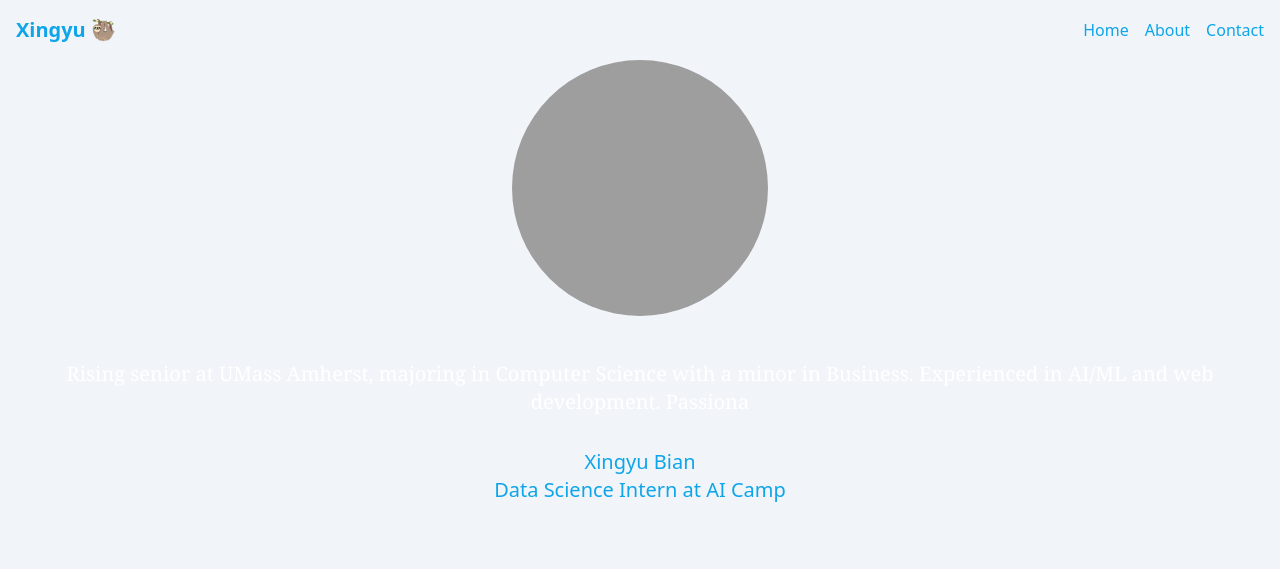
Repository: therealcyberlord/personal-portfolio
Page: /
An editor plug-in stored every save of this project. The page is shown before and after the next save, followed by the edit.
The browser window is 1280 px wide. The pictures show the whole page.
Pictures or frames that could not be fetched are drawn as grey boxes. The project was rebuilt for these pictures with package versions that can differ from the ones it lists, and the page was loaded fresh each time. Also part of the build but not shown: vite.config.ts, src/pages/About.tsx, src/pages/Contact.tsx.

Above is the page before, as saved 2023-07-23 13:38:31.

### src/App.tsx
import { BrowserRouter as Router, Routes, Route } from "react-router-dom";
import Home from "./pages/Home";
import About from "./pages/About";
import Contact from "./pages/Contact";
import Navbar from "./components/Nav";

function App() {
  return (
    <div className="w-screen h-screen bg-slate-100 dark:bg-slate-800">
      <Router>
        <Navbar />
        <Routes>
          <Route path="/" element={<Home />} />
          <Route path="/about" element={<About />} />
          <Route path="/contact" element={<Contact />} />
        </Routes>
      </Router>
    </div>
  );
}

export default App;

### src/pages/Home.tsx
import Profile from "../components/Profile";

// home page
const Home = () => {
  return (
    <Profile
      name="Xingyu Bian"
      description="Rising senior at UMass Amherst, majoring in Computer Science with a minor in Business. Experienced in AI/ML and web development. Passionate about leveraging machine learning, particularly large language models (LLMs), to tackle complex problems."
      img_path="https://avatars.githubusercontent.com/u/30872286?v=4"
      role="Data Science Intern at AI Camp"
    />
  );
};

export default Home;

### src/components/Nav.tsx
import { Link } from "react-router-dom";

const Navbar = () => {
  return (
    <nav className="p-4">
      <div className="flex justify-between items-center">
        <div className="text-sky-500 dark:text-sky-400 font-bold text-xl">
          Xingyu 🦥
        </div>
        <ul className="flex space-x-4">
          <li>
            <Link
              to="/"
              className="text-sky-500 dark:text-sky-400 hover:text-blue-200 dark:hover:text-blue-200 transition duration-300"
            >
              Home
            </Link>
          </li>
          <li>
            <Link
              to="/about"
              className="text-sky-500 dark:text-sky-400 hover:text-blue-200 dark:hover:text-blue-200 transition duration-300"
            >
              About
            </Link>
          </li>
          <li>
            <Link
              to="/contact"
              className="text-sky-500 dark:text-sky-400 hover:text-blue-200 dark:hover:text-blue-200 transition duration-300"
            >
              Contact
            </Link>
          </li>
        </ul>
      </div>
    </nav>
  );
};

export default Navbar;

### src/components/Profile.tsx
import React, { useState, useEffect } from "react";

interface ProfileProps {
  name: string;
  description: string;
  img_path: string;
  role: string;
}

const Profile: React.FC<ProfileProps> = ({
  name,
  description,
  img_path,
  role,
}) => {
  // track current index and typed text
  const [typedText, setTypedText] = useState("");
  const [currentIndex, setCurrentIndex] = useState(0);

  useEffect(() => {
    const timer = setInterval(() => {
      if (currentIndex < description.length) {
        setCurrentIndex(currentIndex + 1);
        setTypedText((prevText) => prevText + description[currentIndex]);
      } else {
        clearInterval(timer);
      }
    }, 40);

    return () => {
      clearInterval(timer);
    };
  }, [typedText]);

  return (
    <div className="flex flex-col items-center">
      <img
        className="w-64 h-64 rounded-full mx-auto"
        src={img_path}
        alt="Xingyu's profile picture"
      />
      <div className="pt-6 text-center space-y-4">
        <blockquote>
          <p className="p-5 text-lg text-white text-xl font-serif">
            {typedText}
          </p>
        </blockquote>
      </div>
      <figcaption className="font-medium text-center my-3">
        <p className="text-sky-500 dark:text-sky-400 text-xl">{name}</p>
        <p className="text-sky-500 dark:text-sky-400 text-xl">{role}</p>
      </figcaption>
    </div>
  );
};

export default Profile;

### tailwind.config.js
/** @type {import('tailwindcss').Config} */

export default {
  content: ["./index.html", "./src/**/*.{js,ts,jsx,tsx}"],
  theme: {
    extend: {
      colors: {
        primary: "#202225",
        secondary: "#5865f2",
      },
    },
  },
  plugins: [],
};

Loaded but not shown: src/main.tsx (common file); src/index.css (common file)

After the next save:
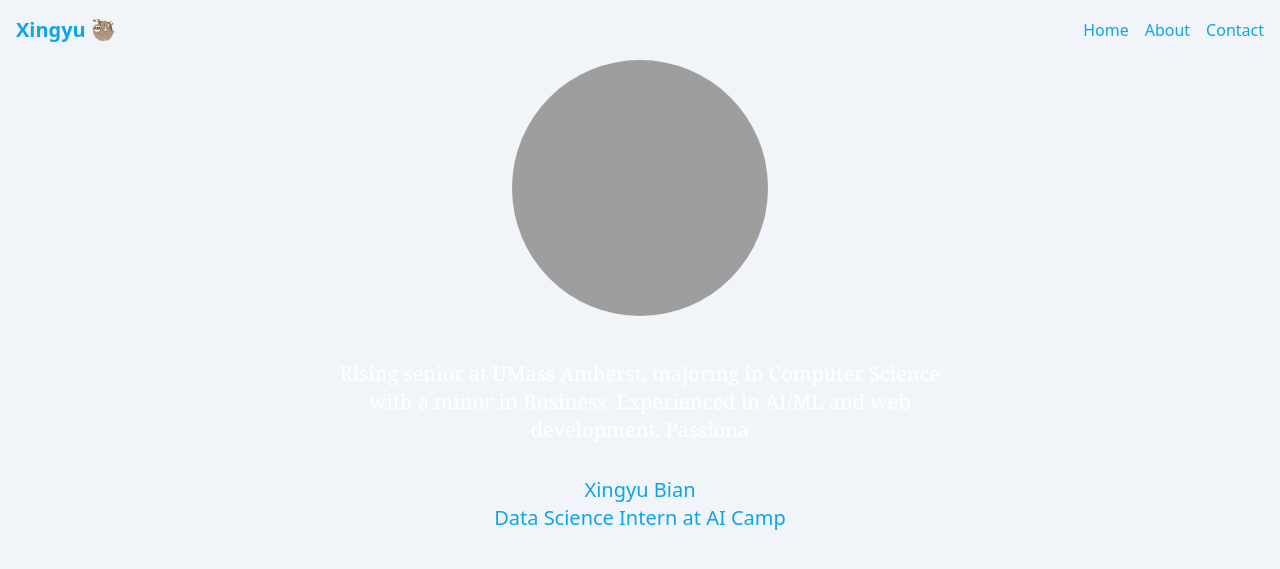
Saved 66 s later.
--- a/src/components/Profile.tsx
+++ b/src/components/Profile.tsx
@@ -40,7 +40,8 @@ const Profile: React.FC<ProfileProps> = ({
         alt="Xingyu's profile picture"
       />
       <div className="pt-6 text-center space-y-4">
-        <blockquote>
+        <blockquote className="max-w-2xl mx-auto">
+          {/* Limit the width of the description */}
           <p className="p-5 text-lg text-white text-xl font-serif">
             {typedText}
           </p>
